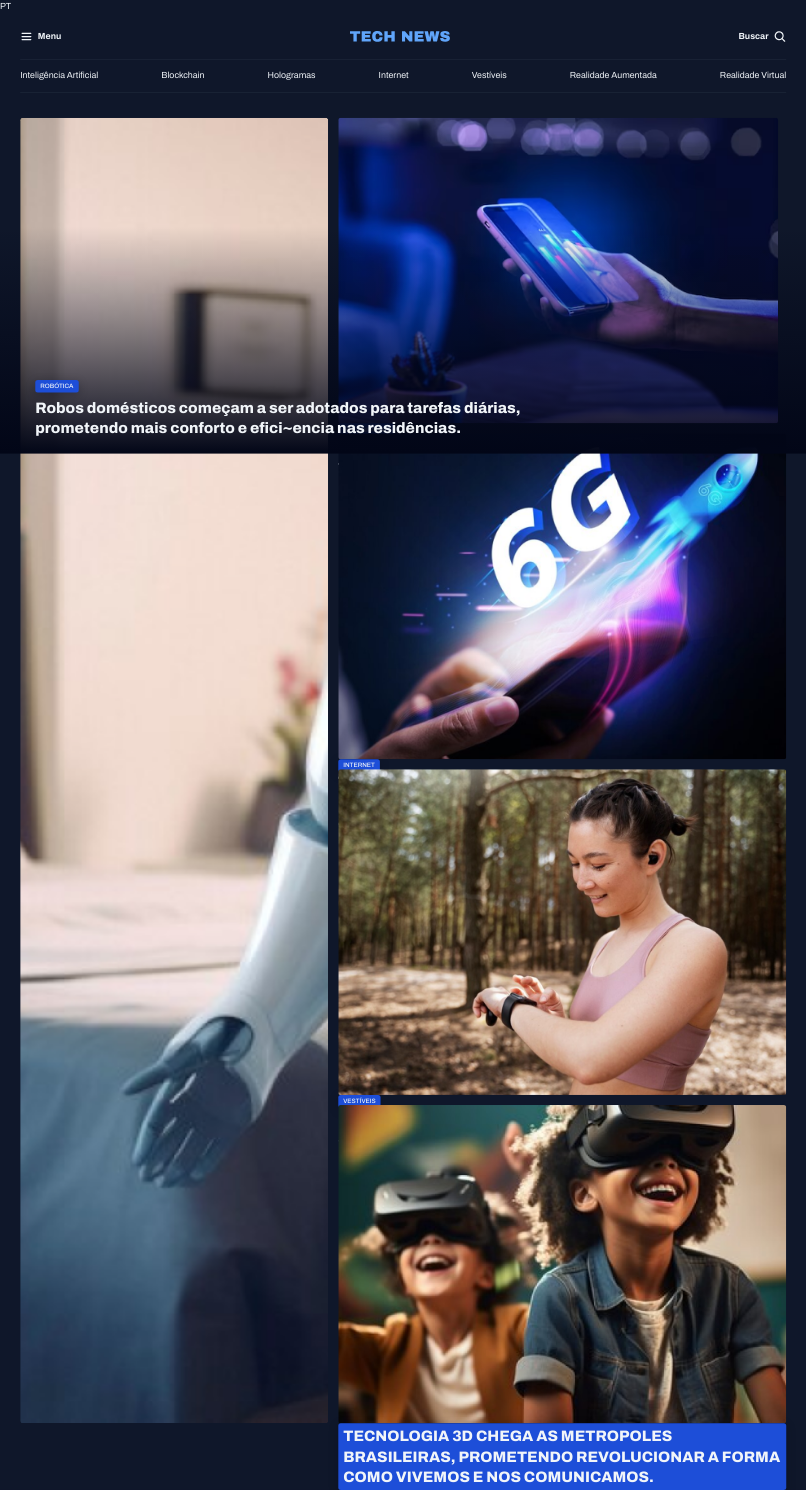
Repository: JeffRodFer/portalDeNoticias
Page: index.html
The author's editor kept a copy of each file at every save. The page is drawn from the files as they stood at one save, then again after the next save.
The browser window is 1280 px wide. The pictures show the whole page, at 63% of full size.

Above is the page before, as saved 2025-04-15 22:00:48.

After the next save:
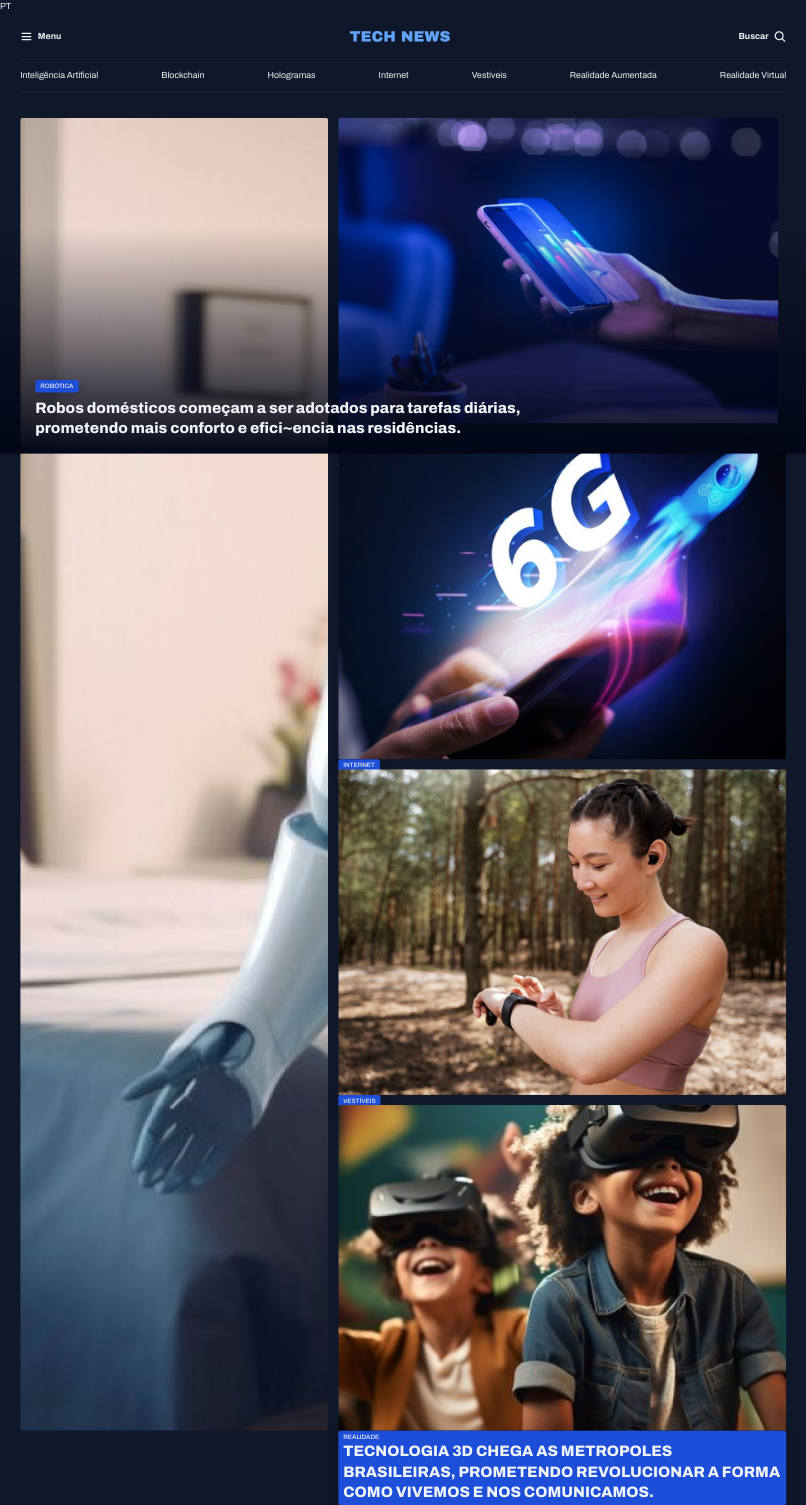
Saved 4 s later.
--- a/index.html
+++ b/index.html
@@ -83,7 +83,7 @@ PT<!DOCTYPE html>
           <img src="assets/images/Image 05.png" alt="">
 
           <figcaption>
-            <span class="content-tag">
+            <span class="content-tag">Realidade
             <h2 class="text-2xl">
             Tecnologia 3D chega as metropoles brasileiras, prometendo revolucionar a forma como vivemos e nos comunicamos.
             </h2>
